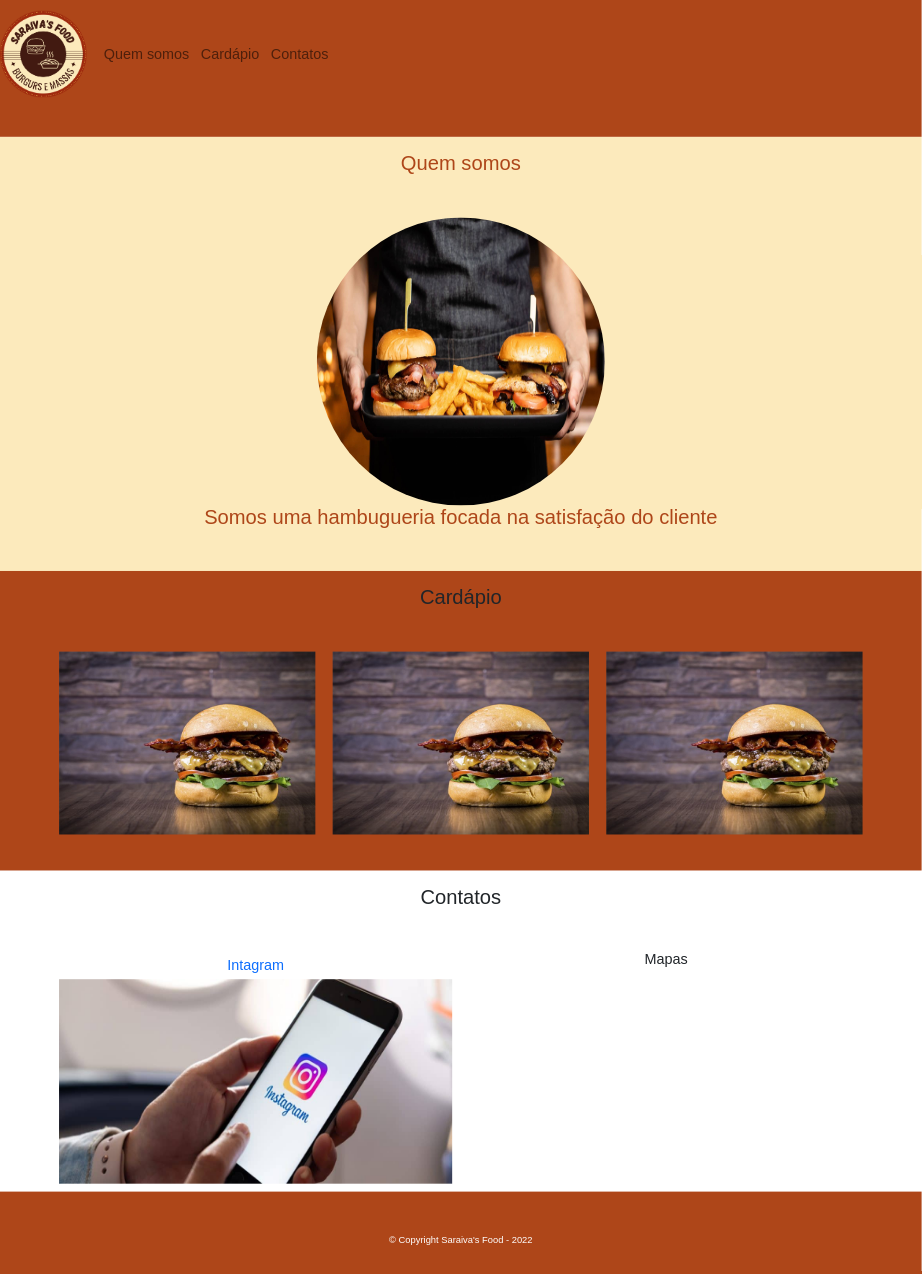
Repository: Tuanemendes/curso_bootstrap
Page: projeto1/index.html
The author's editor kept a copy of each file at every save. The page is drawn from the files as they stood at one save, then again after the next save.
The browser window is 1280 px wide. The pictures show the whole page, at 72% of full size.
Pictures or frames that could not be fetched are drawn as grey boxes.

Above is the page before, as saved 2022-04-04 17:57:56.

After the next save:
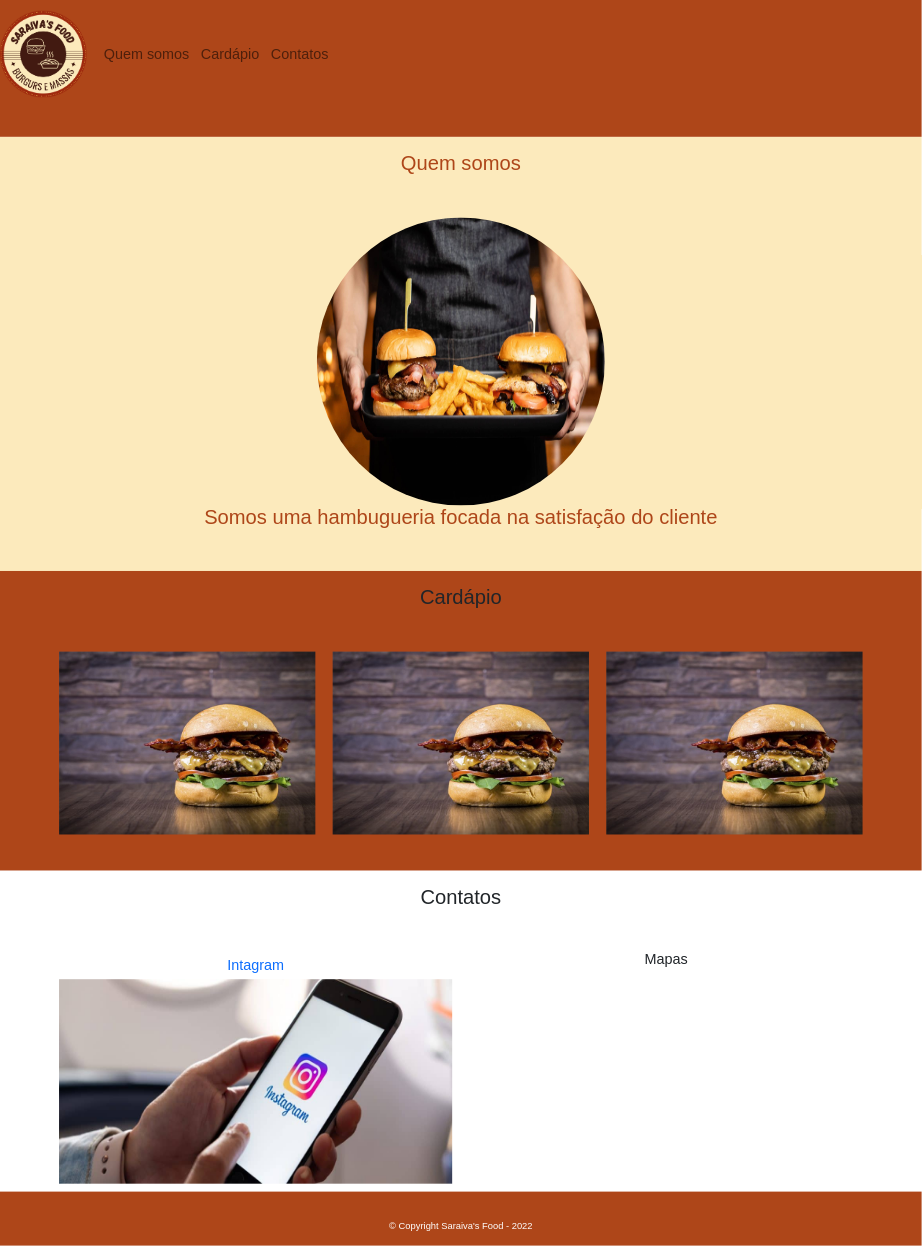
Saved 11 s later.
--- a/css/style.css
+++ b/css/style.css
@@ -4,7 +4,7 @@
 footer {
 	text-align: center;
 	background:#ae4619;
-	padding: 40px 0;
+	padding: 20px 0;
 }
 
 .navbar{
